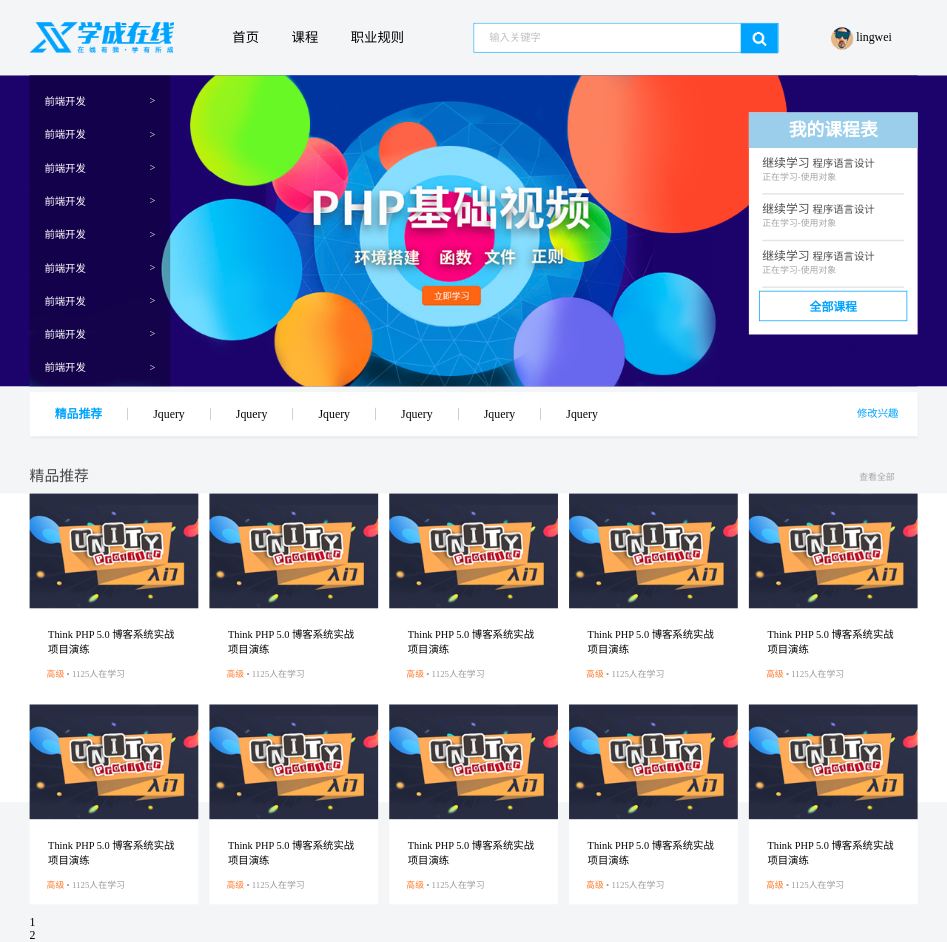
Repository: DengBiHua/xcdx
Page: index.html
An editor plug-in stored every save of this project. The page is shown before and after the next save, followed by the edit.
The browser window is 1280 px wide. The pictures show the whole page, at 74% of full size.

Above is the page before, as saved 2022-04-15 10:51:06.

### index.html
<!DOCTYPE html>
<html lang="en">
<head>
    <meta charset="UTF-8">
    <meta http-equiv="X-UA-Compatible" content="IE=edge">
    <meta name="viewport" content="width=device-width, initial-scale=1.0">
    <title>学成在线</title>
    <link rel="stylesheet" href="css/index.css">
</head>
<body>
    <!-- 头部 -->
    <div class="header wrapper">
        <h1>
            <a href="#">
                <img src="images/logo.png" alt="">
            </a>
        </h1>
        <!-- 导航 -->
        <div class="nav">
            <ul>
                <li><a href="#">首页</a></li>
                <li><a href="#">课程</a></li>
                <li><a href="#">职业规则</a></li>
            </ul>
        </div>
        <!-- 搜索 -->
        <div class="search">
            <input type="text" placeholder="输入关键字">
            <button></button>
        </div>
        <!-- 用户 -->
        <div class="user">
            <img src="./images/user.png" alt="">
            <span>lingwei</span>
        </div>
    </div>
    <div class="banner">
        <div class="wrapper">
            <div class="left">
                <ul>
                    <li><a href="#">前端开发<span>></span></a></li>
                    <li><a href="#">前端开发<span>></span></a></li>
                    <li><a href="#">前端开发<span>></span></a></li>
                    <li><a href="#">前端开发<span>></span></a></li>
                    <li><a href="#">前端开发<span>></span></a></li>
                    <li><a href="#">前端开发<span>></span></a></li>
                    <li><a href="#">前端开发<span>></span></a></li>
                    <li><a href="#">前端开发<span>></span></a></li>
                    <li><a href="#">前端开发<span>></span></a></li>
                </ul>
            </div>
            <div class="right">
                <h2>我的课程表</h2>
                <div class="content">
                    <dl>
                        <dt>
                            <span class="titleLeft">继续学习</span>
                            <span class="titleRight">程序语言设计</span>
                        </dt>
                        <dd>正在学习-使用对象</dd>
                    </dl>
                    <dl>
                        <dt>
                            <span class="titleLeft">继续学习</span>
                            <span class="titleRight">程序语言设计</span>
                        </dt>
                        <dd>正在学习-使用对象</dd>
                    </dl>
                    <dl>
                        <dt>
                            <span class="titleLeft">继续学习</span>
                            <span class="titleRight">程序语言设计</span>
                        </dt>
                        <dd>正在学习-使用对象</dd>
                    </dl>
                </div>
                <a href="#" class="all">全部课程</a>
            </div>
        </div>
    </div>
    <!-- 精品推荐 -->
    <div class="recommend wrapper">
        <h2>精品推荐</h2>
        <ul>
            <li><a href="#">Jquery</a></li>
            <li><a href="#">Jquery</a></li>
            <li><a href="#">Jquery</a></li>
            <li><a href="#">Jquery</a></li>
            <li><a href="#">Jquery</a></li>
            <li><a href="#">Jquery</a></li>
        </ul>
        <a href="#" class="interest">修改兴趣</a>
    </div>
    <div class="recommendDetail wrapper">
        <div class="title">
            <h2>精品推荐</h2>
            <a href="#">查看全部</a>
        </div>
        <div class="content">
            <ul>
                <li>
                    <a href="#">
                        <img src="./images/course07.png" alt="">
                        <h3>Think PHP 5.0 博客系统实战项目演练</h3>
                        <p><span>高级</span>  •  1125人在学习</p>
                    </a>
                </li>
                <li>
                    <a href="#">
                        <img src="./images/course07.png" alt="">
                        <h3>Think PHP 5.0 博客系统实战项目演练</h3>
                        <p><span>高级</span>  •  1125人在学习</p>
                    </a>
                </li>
                <li>
                    <a href="#">
                        <img src="./images/course07.png" alt="">
                        <h3>Think PHP 5.0 博客系统实战项目演练</h3>
                        <p><span>高级</span>  •  1125人在学习</p>
                    </a>
                </li>
                <li>
                    <a href="#">
                        <img src="./images/course07.png" alt="">
                        <h3>Think PHP 5.0 博客系统实战项目演练</h3>
                        <p><span>高级</span>  •  1125人在学习</p>
                    </a>
                </li>
                <li>
                    <a href="#">
                        <img src="./images/course07.png" alt="">
                        <h3>Think PHP 5.0 博客系统实战项目演练</h3>
                        <p><span>高级</span>  •  1125人在学习</p>
                    </a>
                </li>
                <li>
                    <a href="#">
                        <img src="./images/course07.png" alt="">
                        <h3>Think PHP 5.0 博客系统实战项目演练</h3>
                        <p><span>高级</span>  •  1125人在学习</p>
                    </a>
                </li>
                <li>
                    <a href="#">
                        <img src="./images/course07.png" alt="">
                        <h3>Think PHP 5.0 博客系统实战项目演练</h3>
                        <p><span>高级</span>  •  1125人在学习</p>
                    </a>
                </li>
                <li>
                    <a href="#">
                        <img src="./images/course07.png" alt="">
                        <h3>Think PHP 5.0 博客系统实战项目演练</h3>
                        <p><span>高级</span>  •  1125人在学习</p>
                    </a>
                </li>
                <li>
                    <a href="#">
                        <img src="./images/course07.png" alt="">
                        <h3>Think PHP 5.0 博客系统实战项目演练</h3>
                        <p><span>高级</span>  •  1125人在学习</p>
                    </a>
                </li>
                <li>
                    <a href="#">
                        <img src="./images/course07.png" alt="">
                        <h3>Think PHP 5.0 博客系统实战项目演练</h3>
                        <p><span>高级</span>  •  1125人在学习</p>
                    </a>
                </li>
            </ul>
        </div>
    </div>
    <div class="footer">
        <div class="wrapper">
            <div class="left">1</div>
            <div class="right">2</div>
        </div>
    </div>
</body>
</html>

### css/index.css
/* css代码顺序
1、浮动/display
2、盒子模型
3、文字样式
 */

/* 通用模版 */
* {
    margin: 0;
    padding: 0;
    /* 内减模式 */
    box-sizing: border-box;
}
li {
    /* 清除列表前方小圆点 */
    list-style-type: none;
}
a {
    /* 去除超链接文字的下划线 */
    text-decoration: none;
}
.clearfix::before,.clearfix::after {
    content: "";
    display: table;
}
.clearfix::after {
    clear: both;
}

/* 版心 */
.wrapper {
    width: 1200px;
    margin: 0 auto;
}

body {
    background-color: #f3f5f7;
}

/* 头部 */
.header {
    height: 42px;
    margin: 30px auto;
}

h1 {
    float: left;
}

/* 导航 */
.nav {
    float: left;

    height: 42px;
    margin-left: 70px;
}

.nav li {
    float: left;

    margin-right: 26px;
}

.nav li a {
    display: block;

    padding: 0 9px;
    height: 42px;
    line-height: 42px;

    font-size: 18px;
    color: #050505;
}

.nav li a:hover {
    border-bottom: 2px solid #00a4ff;
}

.search {
    float: left;
    margin-left: 59px;
    margin-top: 1px;
    width: 412px;
    height: 40px;
    border: 1px solid #00a4ff;
}

.search input {
    float: left;
    padding-left: 20px;
    width: 360px;
    height: 38px;
    border: 0;
}

.search input::placeholder {
    font-size: 14px;
    color: #bfbfbf;
}

.search button {
    float: left;
    width: 50px;
    height: 40px;
    background-image: url(../images/btn.png);
    border: 0;
}

.user {
    float: right;
    margin-right: 35px;
    height: 42px;
    line-height: 42px;
}

.user img {
    /* 调节图片垂直方向对齐方式 */
    vertical-align: middle;
}

.banner {
    height: 420px;
    background-color: #1c036c;
}

.banner .wrapper {
    height: 420px;
    background-image: url(../images/banner2.png);
}

.banner .left {
    float: left;
    padding: 0 20px;
    width: 190px;
    height: 420px;
    background-color: rgba(0, 0, 0, 0.3);
    line-height: 44px;
}

.banner ul {
    margin-top: 13px;
}

.banner a {
    font-size: 14px;
    color: #ffffff;
}

.banner a:hover {
    color: #00b4ff;
}

.banner .left span {
    float: right;
}

.banner .right {
    float: right;
    margin-top: 50px;
    width: 228px;
    height: 300px;
    background-color: #ffffff;
}

.banner .right h2 {
    height: 48px;
    background-color: #9bceea;
    font: 18px;
    color: #ffffff;
    text-align: center;
    line-height: 48px;
}

.banner .content {
    padding: 0 18px;
}

.banner .right dl {
    padding: 12px 0;
    border-bottom: 2px solid #e5e5e5;
}

.banner .right .content dt {
    color: #4e4e4e;
    line-height: 16px;
}

.banner .right .titleLeft {
    font-size: 16px;
}

.banner .right .titleRight {
    font-size: 14px;
}

.banner .right .content dd {
    color: #a5a5a5;
    font-size: 12px;
    line-height: 20px;
}

.banner .right .all {
    display: block;
    margin: 4px auto 0;
    width: 200px;
    height: 41px;
    border: 1px solid #00a4ff;
    font-weight: 700;
    font-size: 16px;
    color: #00a4ff;
    text-align: center;
    line-height: 41px;
}

.recommend {
    margin-top: 8px;
    height: 60px;
    background-color: #ffffff;
    box-shadow: 0px 2px 3px 0px rgba(118, 118, 118, 0.2);
    line-height: 60px;
}

.recommend h2 {
    float: left;
    width: 132px;
    text-align: center;
    font-size: 16px;
    font-weight: bold;
    color: #00a4ff;
}

.recommend ul {
    float: left;
}

.recommend ul li {
    float: left;
}

.recommend ul li a {
    padding: 0 34px;
    border-left: 1px solid #bfbfbf;
    font-size: 16px;
    color: #050505;
}

.recommend .interest {
    float: right;
    padding: 0 26px;
    font-size: 14px;
    color: #00a4ff;
}

.recommendDetail {
    margin-top: 37px;
}

.recommendDetail .title {
    height: 40px;
}

.recommendDetail .title h2 {
    float: left;
    font-size: 20px;
    color: #494949;
    font-weight: 400;
}

.recommendDetail .title a {
    float: right;
    padding: 8px 31px 0;
    font-size: 12px;
    color: #a5a5a5;
}

.recommendDetail .content {
    background-color: pink;
}

.recommendDetail .content li {
    float: left;
    margin-right: 15px;
    margin-bottom: 15px;
}

.recommendDetail .content li:nth-child(5n) {
    margin-right: 0px;
}

.recommendDetail .content a {
    display: block;
    width: 228px;
    height: 270px;
    background-color: #ffffff;
}

.recommendDetail .content h3 {
    margin: 20px 25px 0;
    font-size: 14px;
    font-weight: 400;
    color: #050505;
}

.recommendDetail .content p {
    margin-left: 23px;
    margin-top: 15px;
    font-size: 12px;
    color: #999999;
}

.recommendDetail .content p span {
    color: #ff7c2d;
}

.footer {
    height: 417px;
    background-color: #ffffff;
}

After the next save:
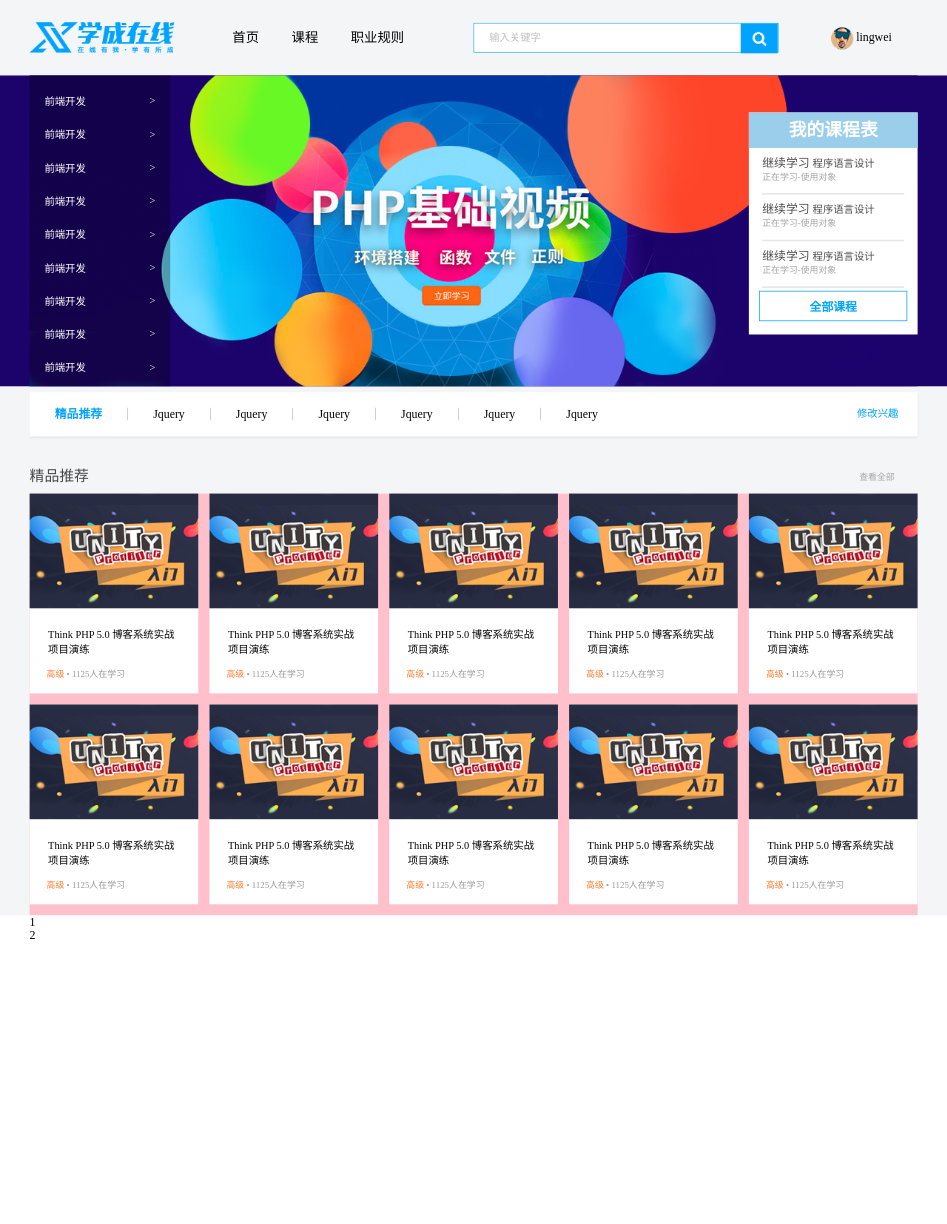
Saved 57 s later.
--- a/index.html
+++ b/index.html
@@ -96,7 +96,7 @@
             <h2>精品推荐</h2>
             <a href="#">查看全部</a>
         </div>
-        <div class="content">
+        <div class="content clearfix">
             <ul>
                 <li>
                     <a href="#">
